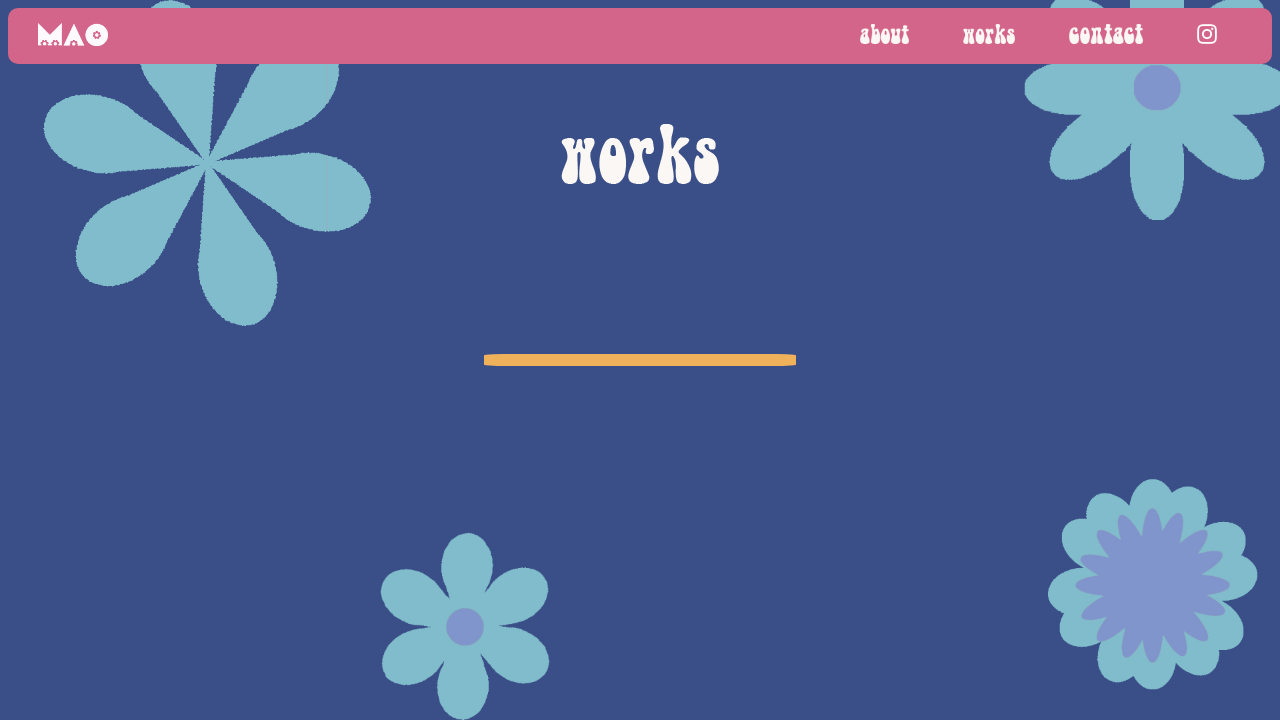
Repository: HarashimaMao/portfolio
Page: works.html
The author's editor kept a record of every edit. The page is drawn from the files as they stood at one moment, then again after the next edit.
The browser window is 1280 px wide. The pictures show the whole page.

Above is the page before.

### works.html
<!DOCTYPE html>
<html lang ="ja">
    <head>
        <meta charset="utf-8">
        <title>HarashimaMao</title>
        <style>
          body {
              background-image: url(images/my_home_page3.jpg);
              background-size: cover;
          }

          .header {
              width: 100%;
              display: flex;
              background-color: #D3648A;
              justify-content: space-between;
              border-radius: 10px;
          }

          .header-logo {
              margin-top: 15px;
              margin-left: 30px;
          }

          ul {
              list-style: none;
              margin-right: 5px;

          }

          li {
              display: inline-block;
              margin-right: 50px;
          }

          .main {
              text-align: center;
          }

          .main img {
              position: relative;
              top: 60px;
          }

          .container {
              margin: 0;
              position: absolute;
              top: 50%;
              left: 50%;
              margin-right: -50%;
              transform: translate(-50%,-50%)
          }

          .square {
              position: relative;
              width: 300px;
              padding: 6px;
              background: #F0B15B;
              border-radius: 10%;
          }

        </style>
    </head>
    <body>
        <div class="header">
            <div class="header-logo">
                <a href="top.html"><img src="images/MAOlogo.png" width="70px"></a>
            </div>
            <div class="header-list">
                <ul>
                    <li><a href="about.html"><img src="images/about.png" alt="about" height="20px"></a></li>
                    <li><a href="works.html"><img src="images/works.png" alt="works" height="20px"></a></li>
                    <li><a href="contact.html"><img src="images/contact.png" alt="contact" height="20px"></a></li>
                    <li><a href="https://www.instagram.com/mao_yz/?hl=en"><img src="images/insta.png" alt="insta" height="20px"></a></li>
                </ul>
            </div>
        </div>

        <div class="main">
            <img src="images/works.png" alt="works">
            <div class="container">
                <div class="square"></div>
            </div>
        </div>

        <script src="jquery-3.6.0.min.js"></script>
        <script>
             $(function(){
                $('.header').hover(
                    function(){
                        $(this).animate({
                            'font-size':'20px'
                        });
                    },
                    function(){
                        $(this).animate({
                            'font-size':'16px'
                        });
                    });
            });
        </script>
    </body>
</html>

Loaded but not shown: jquery-3.6.0.min.js (library)

After the next edit:
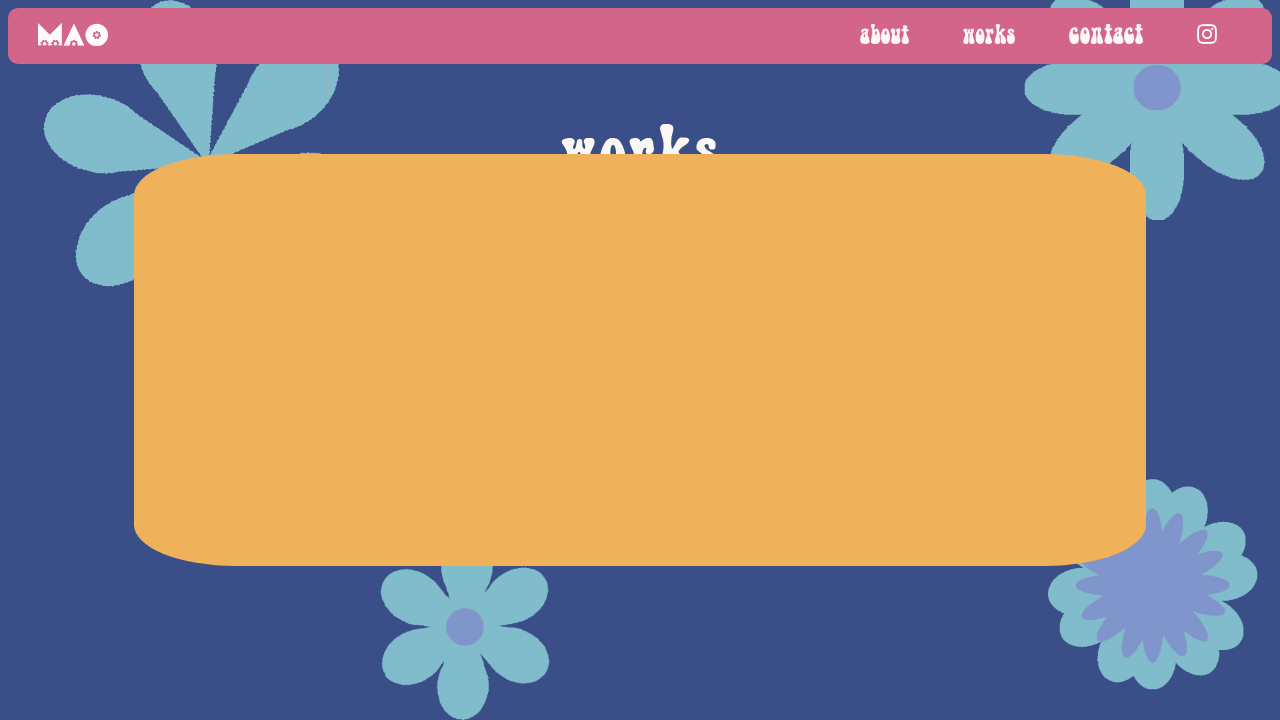
The edit:
--- a/works.html
+++ b/works.html
@@ -53,7 +53,8 @@
 
           .square {
               position: relative;
-              width: 300px;
+              width: 1000px;
+              height: 400px;
               padding: 6px;
               background: #F0B15B;
               border-radius: 10%;
